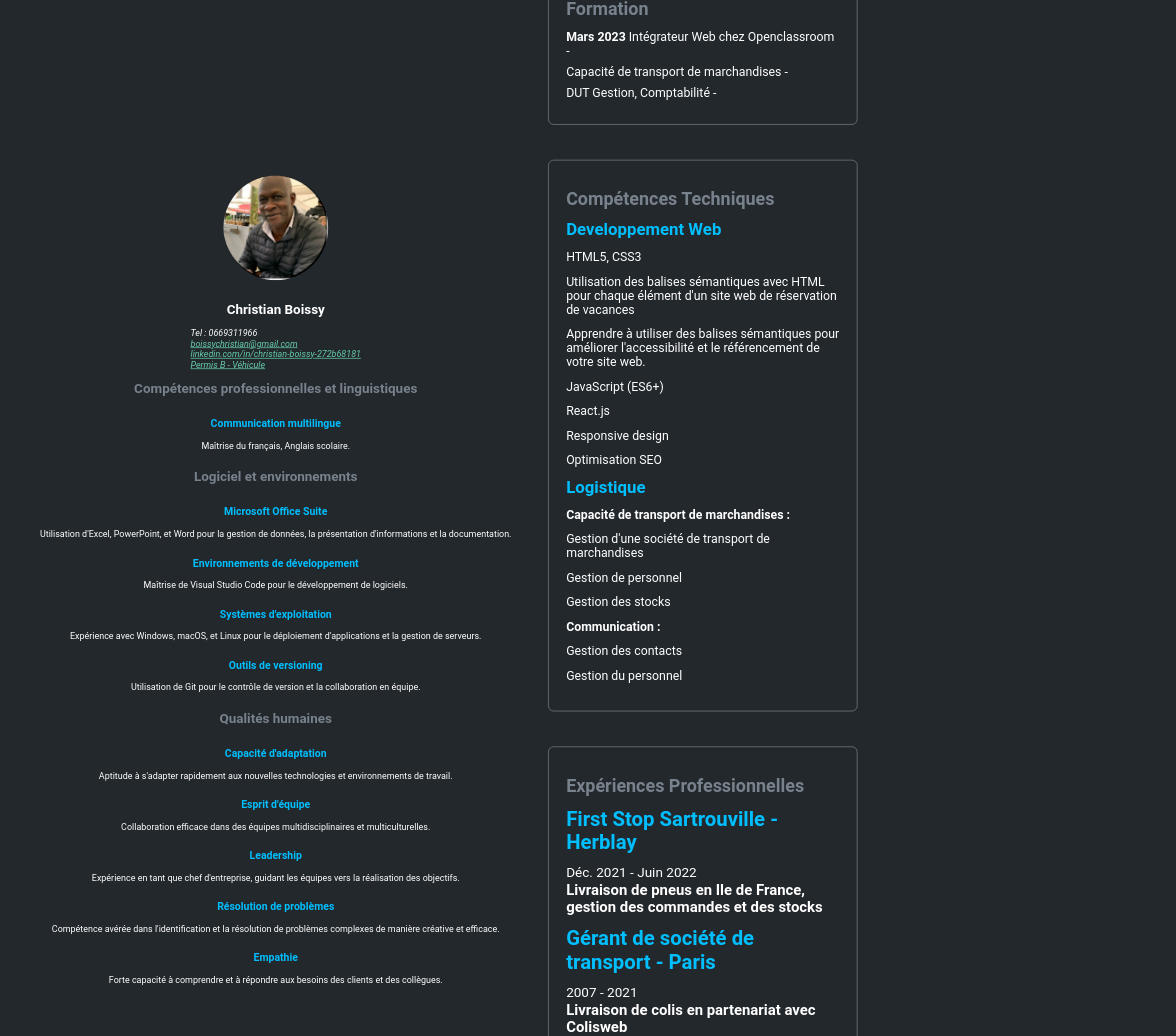
Repository: Christian121966/cv-logistique
Page: /
An editor plug-in stored every save of this project. The page is shown before and after a run of saves, followed by the edit.
The browser window is 1280 px wide. The page is 1680 px wide, so the pictures cover 1680 px, including what lies to the right of the window. The pictures show the part of the page from y = 306 to 1786 px (the page is 2252 px tall before and 2307 px after), at 70% of full size.
The project was rebuilt for these pictures with package versions that can differ from the ones it lists, and the page was loaded fresh each time.

Above is the page before, as saved 2024-07-27 19:04:50.

After the next 6 saves:
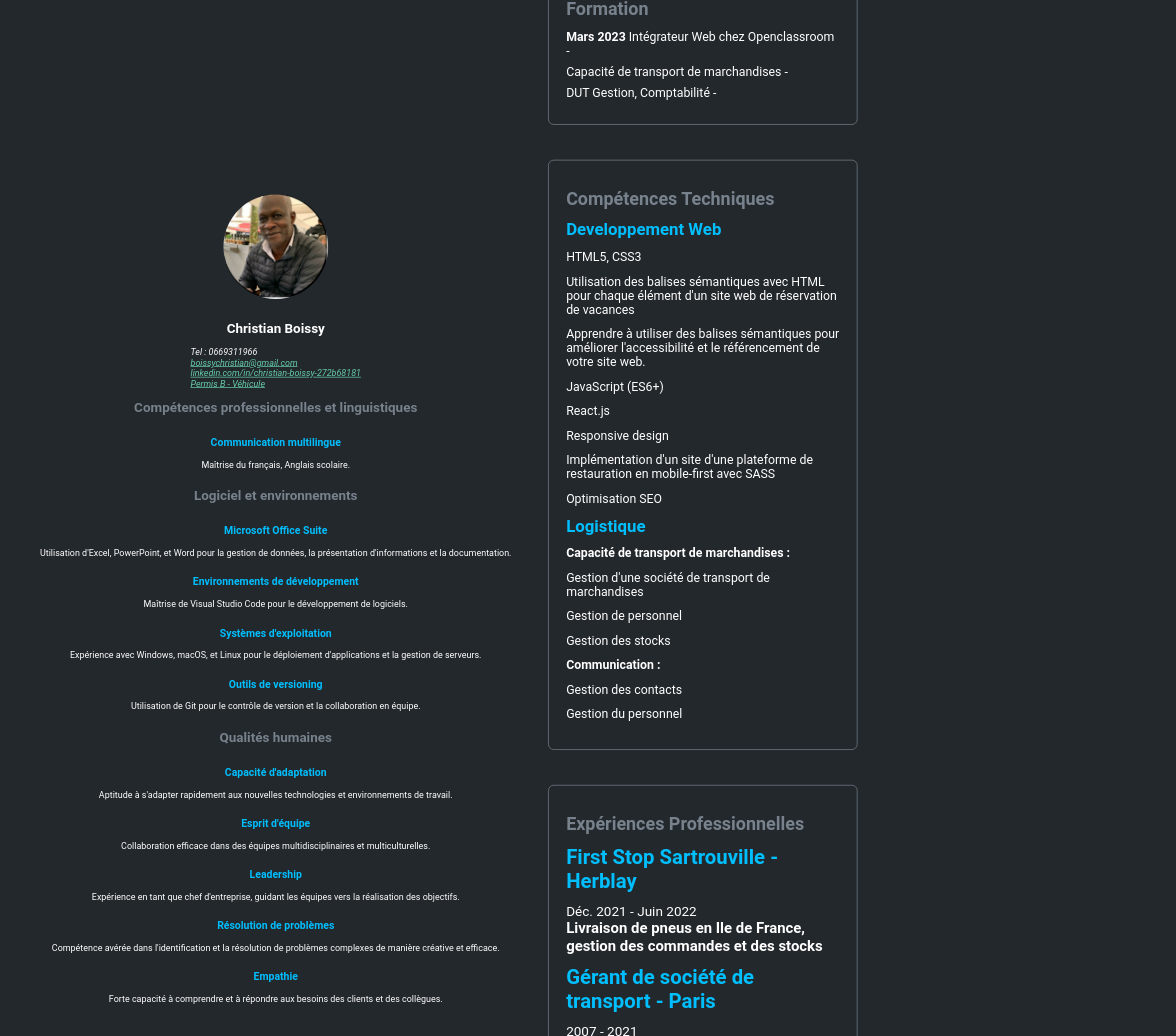
The 6 saves are shown as one change because 4 did not build or start and some came seconds apart.
The last was saved 27 s later.
--- a/src/data/cvData.js
+++ b/src/data/cvData.js
@@ -20,7 +20,7 @@ const cvData = {
         "JavaScript (ES6+)",
         "React.js",
         "Responsive design",
-
+        "Implémentation d\'un site d\'une plateforme de restauration en mobile-first avec SASS",
         "Optimisation SEO"
       ],
       logistique: [
